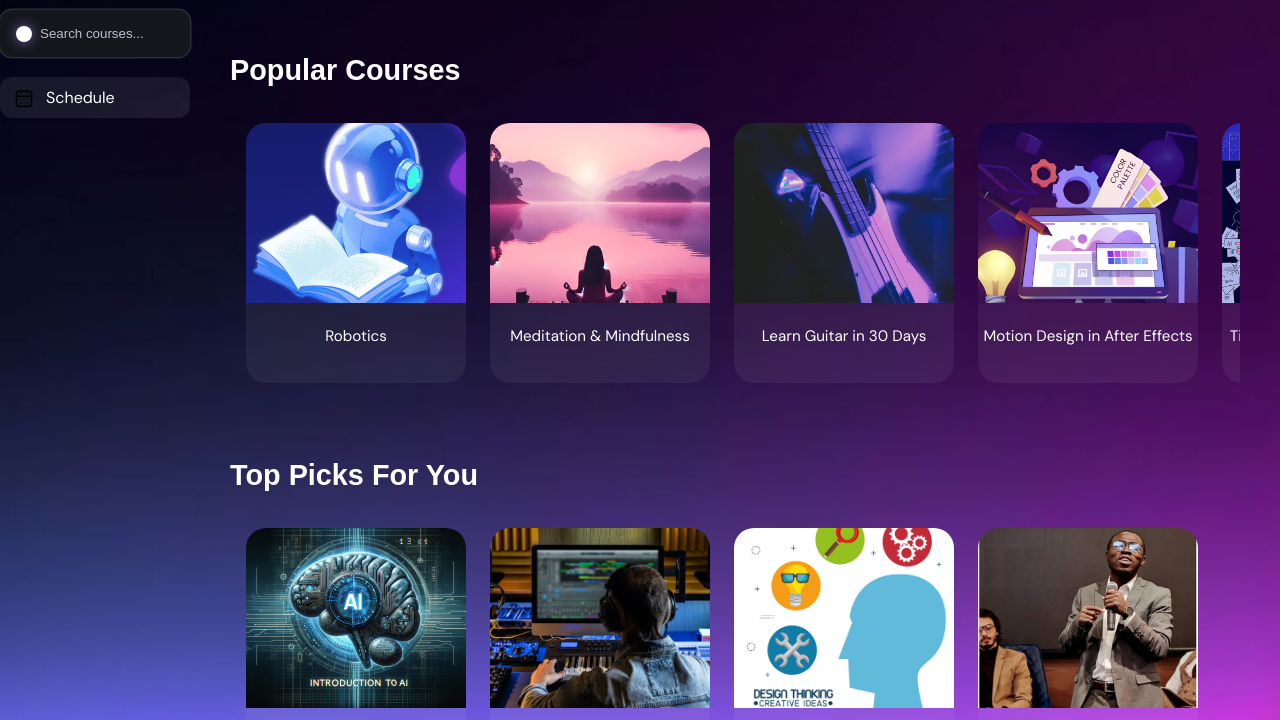
Repository: damndana/UIREN
Page: http://localhost/courses/
An editor plug-in stored every save of this project. The page is shown before and after the next save, followed by the edit.
The browser window is 1280 px wide. The pictures show the whole page.
An inner scrolling area shows only its first screen. The page is served by the project's application, run on Django 5.2 (manage.py). Other server files are loaded and not shown. The page reads the database file committed with the project.

Above is the page before, as saved 2025-04-22 00:46:44.

### main/templates/courses.html
{% load static %}
<!DOCTYPE html>
<html lang="en">
<head>
  <meta charset="UTF-8">
  <title>Courses Page</title>
  <link rel="stylesheet" href="https://fonts.googleapis.com/css2?family=DM+Sans&display=swap">
  <link rel="stylesheet" href="{% static 'css/style.css' %}">
</head>
<body class="courses-body" style="background: url('{% static "animations/background.jpeg" %}') no-repeat center center; background-size: cover;">

  <div class="sidebar">
    <div class="group">
      <svg class="search-icon" viewBox="0 0 24 24"><path fill="currentColor" d="M10 2a8 8 0 0 1 6.32 12.9l4.39 4.4l-1.41 1.4l-4.4-4.39A8 8 0 1 1 10 2m0 2a6 6 0 1 0 0 12a6 6 0 0 0 0-12z"/></svg>
      <input id="course-search" class="input" type="text" placeholder="Search courses...">
    </div>

    <a href="https://calendar.google.com/calendar/u/0/r/eventedit?text=ScheduleACourseWithUiren!&dates=20250430T150000Z/20250430T153000Z&details=ScheduleACourseWithUiren!&location=Almaty&sf=true"
   target="_blank" class="sidebar-icon">
  <img src="{% static 'icons/calendar-days.png' %}" class="icon-img">
  <span>Schedule</span>
</a>
  </div>

  <div class="main-content">
    <h2 class="section-title">Popular Courses</h2>
    <div class="carousel-wrapper" id="carousel-popular">
      <div class="carousel">
        <div class="card"><img src="{% static 'animations/robotics.png' %}" alt="Robotics"><p>Robotics</p></div>
        <div class="card"><img src="{% static 'animations/Dawn Meditation by the Lake_ Serenity in Pink and Purple.jpg' %}" alt="Meditation"><p>Meditation & Mindfulness</p></div>
        <div class="card"><img src="{% static 'animations/guitar30days.jpg' %}" alt="Guitar"><p>Learn Guitar in 30 Days</p></div>
        <div class="card"><img src="{% static 'animations/motiondesign.png' %}" alt="Motion"><p>Motion Design in After Effects</p></div>
        <div class="card"><img src="{% static 'animations/timemanagement.jpg' %}" alt="Time"><p>Time Management like a CEO</p></div>
      </div>
    </div>

    <h2 class="section-title" style="margin-top: 60px;">Top Picks For You</h2>
    <div class="carousel-wrapper" id="carousel-top">
      <div class="carousel">
        <div class="card"><img src="{% static 'animations/introtoai.png' %}"><p>Intro to AI</p></div>
        <div class="card"><img src="{% static 'animations/sounddesign.webp' %}" alt="Music"><p>Sound Design Essentials</p></div>
        <div class="card"><img src="{% static 'animations/design-thinking.jpg' %}" alt="Design"><p>Creative Thinking for Designers</p></div>
        <div class="card"><img src="{% static 'animations/speak.jpg' %}" alt="Public"><p>Speak Like a Pro</p></div>
      </div>
    </div>
  </div>

  <script>
    // SEARCH FUNCTION
    const searchBar = document.getElementById("course-search");
    searchBar.addEventListener("input", () => {
      const query = searchBar.value.toLowerCase();
      document.querySelectorAll(".carousel .card").forEach(card => {
        const title = card.querySelector("p").textContent.toLowerCase();
        card.style.display = title.includes(query) ? "flex" : "none";
      });
    });

    // SCROLL + ZOOM FUNCTION PER CAROUSEL
    document.querySelectorAll(".carousel-wrapper").forEach((wrapper) => {
      const carousel = wrapper.querySelector(".carousel");
      let isDown = false, startX, scrollLeft;
      let scrollPos = 0;

      // Drag scroll (mouse)
      wrapper.addEventListener("mousedown", (e) => {
        isDown = true;
        startX = e.pageX - wrapper.offsetLeft;
        scrollLeft = wrapper.scrollLeft;
      });
      wrapper.addEventListener("mouseup", () => isDown = false);
      wrapper.addEventListener("mouseleave", () => isDown = false);
      wrapper.addEventListener("mousemove", (e) => {
        if (!isDown) return;
        const x = e.pageX - wrapper.offsetLeft;
        const walk = (x - startX) * 2;
        wrapper.scrollLeft = scrollLeft - walk;
      });

      // Touch scroll (mobile)
      wrapper.addEventListener("touchstart", (e) => {
        startX = e.touches[0].pageX;
        scrollLeft = wrapper.scrollLeft;
      });
      wrapper.addEventListener("touchmove", (e) => {
        const x = e.touches[0].pageX;
        const walk = (x - startX) * 2;
        wrapper.scrollLeft = scrollLeft - walk;
      });

      // Auto scroll
      function startAutoScroll() {
        return setInterval(() => {
          scrollPos += 1.5;
          if (scrollPos >= carousel.scrollWidth - carousel.clientWidth) {
            scrollPos = 0;
          }
          carousel.scrollTo({ left: scrollPos, behavior: "smooth" });
        }, 20);
      }

      let autoScrollInterval = startAutoScroll();
      wrapper.addEventListener("mouseenter", () => clearInterval(autoScrollInterval));
      wrapper.addEventListener("mouseleave", () => {
        autoScrollInterval = startAutoScroll();
      });
    });

    // Zoom on hover
    document.querySelectorAll(".card").forEach((card) => {
      card.addEventListener("mouseenter", () => {
        card.style.transform = "scale(1.07)";
      });
      card.addEventListener("mouseleave", () => {
        card.style.transform = "scale(1)";
      });
    });
  </script>
</body>
</html>

### main/views.py
from django.shortcuts import render, redirect
from django.http import HttpResponse
from .forms import TutorRegistrationForm, StudentRegistrationForm
from .models import TutorProfile, StudentProfile
from django.contrib.auth.models import User
from django.contrib.auth import login
from django.contrib.auth.decorators import login_required
from django.shortcuts import render, get_object_or_404, redirect
from .models import Course

# === Home Page ===
def home(request):
    return render(request, 'home.html')

# === Courses Page ===
def courses(request):
    return render(request, 'courses.html')

# === Categories Page ===
def categories(request):
    return render(request, 'categories.html')

# === About Page ===
def about(request):
    return render(request, 'about.html')

# === Sign In ===
def signin(request):
    if request.method == "POST":
        email = request.POST.get("email")
        password = request.POST.get("password")

        if not (email and password):
            return HttpResponse("Missing fields", status=400)

        try:
            user = User.objects.get(email=email)
            if user.check_password(password):
                login(request, user)
                return redirect("profile")
            else:
                return HttpResponse("Incorrect password", status=401)
        except User.DoesNotExist:
            return HttpResponse("User not found", status=404)

    return render(request, "signin.html")

# === Register Tutor ===
def register_tutor(request):
    if request.method == 'POST':
        form = TutorRegistrationForm(request.POST)
        if form.is_valid():
            full_name = form.cleaned_data['full_name']
            email = form.cleaned_data['email']
            password = form.cleaned_data['password']
            experience = form.cleaned_data['experience']
            bio = form.cleaned_data['bio']

            user = User.objects.create_user(
                username=email,
                email=email,
                password=password
            )

            TutorProfile.objects.create(
                user=user,
                full_name=full_name,
                experience=experience,
                bio=bio
            )

            login(request, user)
            return redirect('profile')
    else:
        form = TutorRegistrationForm()
    return render(request, 'register_tutor.html', {'form': form})


# === Register Student ===
def register_student(request):
    if request.method == 'POST':
        form = StudentRegistrationForm(request.POST)
        if form.is_valid():
            email = form.cleaned_data['email']

            if User.objects.filter(username=email).exists():
                return HttpResponse("User already exists", status=400)

            user = User.objects.create_user(
                username=email,
                email=email,
                password=form.cleaned_data['password'],
                first_name=form.cleaned_data['full_name']
            )

            student = form.save(commit=False)
            student.user = user
            student.save()
            login(request, user)
            return redirect('profile')
    else:
        form = StudentRegistrationForm()
    return render(request, 'register_student.html', {'form': form})

# === Profile View ===
@login_required
def profile_view(request):
    return render(request, 'profile.html', {'user': request.user})


def course_list(request):
    courses = Course.objects.all()
    return render(request, 'courses.html', {'courses': courses})

def course_detail(request, slug):
    course = get_object_or_404(Course, slug=slug)
    return render(request, 'course_detail.html', {'course': course})

def register_course(request, course_id):
    course = get_object_or_404(Course, id=course_id)
    if request.method == 'POST':
        print(f"User {request.user} registered for {course.title}")
        return redirect('course_detail', slug=course.slug)

### core/urls.py
from django.contrib import admin
from django.urls import path, include

urlpatterns = [
    path('admin/', admin.site.urls),
    path('', include('main.urls')),  # Connect main app routes
]

### main/urls.py
from django.urls import path
from . import views

urlpatterns = [
    path('', views.home, name='home'),
    path('courses/', views.course_list, name='courses'),  # FIXED
    path('categories/', views.categories, name='categories'),
    path('about/', views.about, name='about'),
    path('signin/', views.signin, name='signin'),
    path('register/tutor/', views.register_tutor, name='register_tutor'),
    path('register/student/', views.register_student, name='register_student'),
    path('profile/', views.profile_view, name='profile'),

    path('course/<slug:slug>/', views.course_detail, name='course_detail'),
    path('course/<int:course_id>/register/', views.register_course, name='register_course'),
]

### main/models.py
from django.db import models
from django.contrib.auth.models import User

class TutorProfile(models.Model):
    user = models.OneToOneField(User, on_delete=models.CASCADE)
    full_name = models.CharField(max_length=100)
    subject = models.CharField(max_length=100)
    experience = models.PositiveIntegerField()
    bio = models.TextField()

class StudentProfile(models.Model):
    user = models.OneToOneField(User, on_delete=models.CASCADE)
    full_name = models.CharField(max_length=100)
    major = models.CharField(max_length=100)
    education_level = models.CharField(max_length=100)

class Course(models.Model):
    title = models.CharField(max_length=255)
    description = models.TextField()
    instructor = models.CharField(max_length=255)
    duration = models.PositiveIntegerField()
    rating = models.DecimalField(max_digits=3, decimal_places=1)
    slug = models.SlugField(unique=True)
    image = models.ImageField(upload_to='course_images/')

### db.sqlite3 (the tables this page reads, as SQL)
CREATE TABLE "main_course" ("id" integer NOT NULL PRIMARY KEY AUTOINCREMENT, "title" varchar(255) NOT NULL, "description" text NOT NULL, "instructor" varchar(255) NOT NULL, "duration" integer unsigned NOT NULL CHECK ("duration" >= 0), "rating" decimal NOT NULL, "slug" varchar(50) NOT NULL UNIQUE, "image" varchar(100) NOT NULL);
INSERT INTO "main_course" VALUES
(1, 'Robotics', 'This is a course about Robotics', 'Team Uiren', 10, 4.8, 'robotics', 'animations/robotics.png'),
(2, 'Meditation & Mindfulness', 'This is a course about Meditation & Mindfulness', 'Team Uiren', 10, 4.8, 'meditation-mindfulness', 'animations/Dawn Meditation by the Lake_ Serenity in Pink and Purple.jpg'),
(3, 'Learn Guitar in 30 Days', 'This is a course about Learn Guitar in 30 Days', 'Team Uiren', 10, 4.8, 'learn-guitar-in-30-days', 'animations/guitar30days.jpg'),
(4, 'Motion Design in After Effects', 'This is a course about Motion Design in After Effects', 'Team Uiren', 10, 4.8, 'motion-design-in-after-effects', 'animations/motiondesign.png'),
(5, 'Time Management like a CEO', 'This is a course about Time Management like a CEO', 'Team Uiren', 10, 4.8, 'time-management-like-a-ceo', 'animations/timemanagement.jpg'),
(6, 'Intro to AI', 'This is a course about Intro to AI', 'Team Uiren', 10, 4.8, 'intro-to-ai', 'animations/introtoai.png'),
(7, 'Sound Design Essentials', 'This is a course about Sound Design Essentials', 'Team Uiren', 10, 4.8, 'sound-design-essentials', 'animations/sounddesign.webp'),
(8, 'Creative Thinking for Designers', 'This is a course about Creative Thinking for Designers', 'Team Uiren', 10, 4.8, 'creative-thinking-for-designers', 'animations/design-thinking.jpg'),
(9, 'Speak Like a Pro', 'This is a course about Speak Like a Pro', 'Team Uiren', 10, 4.8, 'speak-like-a-pro', 'animations/speak.jpg');

Loaded but not shown: main/static/css/style.css (541 lines, source omitted)

After the next save:
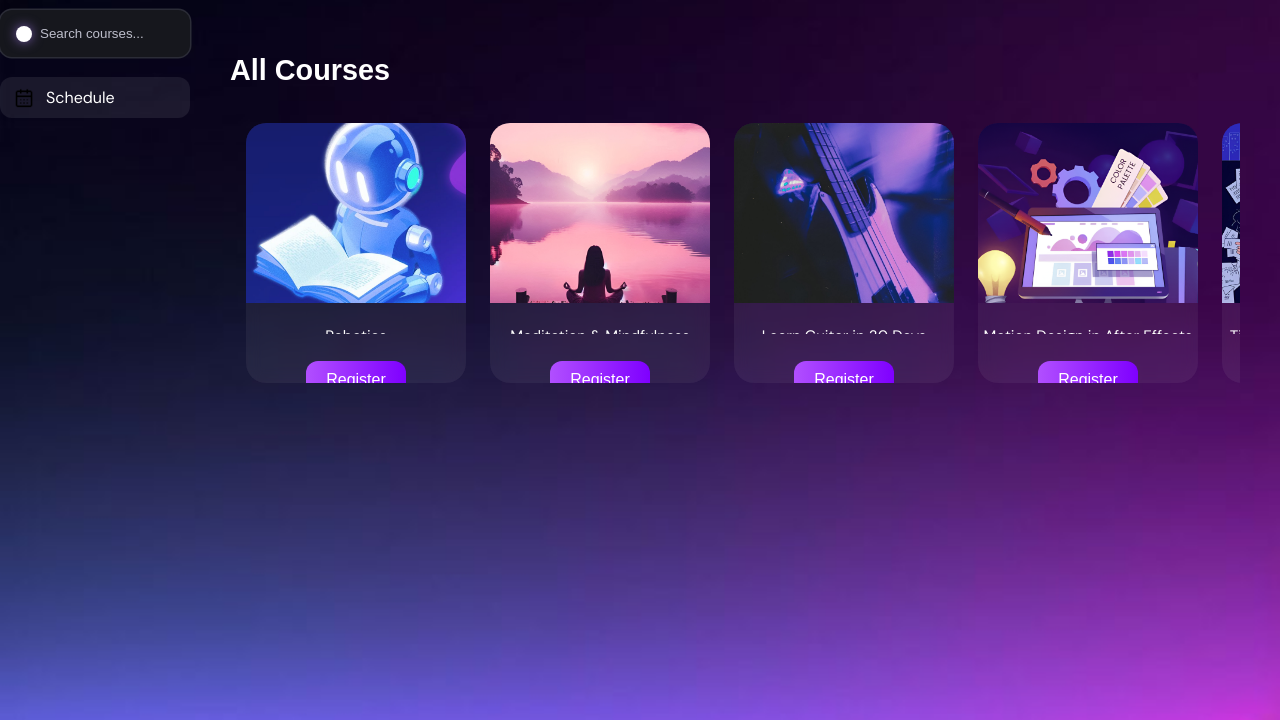
Saved 2 min 44 s later.
--- a/main/templates/courses.html
+++ b/main/templates/courses.html
@@ -6,6 +6,24 @@
   <title>Courses Page</title>
   <link rel="stylesheet" href="https://fonts.googleapis.com/css2?family=DM+Sans&display=swap">
   <link rel="stylesheet" href="{% static 'css/style.css' %}">
+  <style>
+    .register-btn {
+      margin-top: 12px;
+      padding: 10px 20px;
+      font-size: 1rem;
+      background: linear-gradient(to right, #b14fff, #7f00ff);
+      color: white;
+      border: none;
+      border-radius: 12px;
+      cursor: pointer;
+      transition: 0.3s ease;
+    }
+
+    .register-btn:hover {
+      transform: scale(1.05);
+      box-shadow: 0 0 12px #9333ea;
+    }
+  </style>
 </head>
 <body class="courses-body" style="background: url('{% static "animations/background.jpeg" %}') no-repeat center center; background-size: cover;">
 
@@ -16,31 +34,26 @@
     </div>
 
     <a href="https://calendar.google.com/calendar/u/0/r/eventedit?text=ScheduleACourseWithUiren!&dates=20250430T150000Z/20250430T153000Z&details=ScheduleACourseWithUiren!&location=Almaty&sf=true"
-   target="_blank" class="sidebar-icon">
-  <img src="{% static 'icons/calendar-days.png' %}" class="icon-img">
-  <span>Schedule</span>
-</a>
+       target="_blank" class="sidebar-icon">
+      <img src="{% static 'icons/calendar-days.png' %}" class="icon-img">
+      <span>Schedule</span>
+    </a>
   </div>
 
   <div class="main-content">
-    <h2 class="section-title">Popular Courses</h2>
-    <div class="carousel-wrapper" id="carousel-popular">
+    <h2 class="section-title">All Courses</h2>
+    <div class="carousel-wrapper">
       <div class="carousel">
-        <div class="card"><img src="{% static 'animations/robotics.png' %}" alt="Robotics"><p>Robotics</p></div>
-        <div class="card"><img src="{% static 'animations/Dawn Meditation by the Lake_ Serenity in Pink and Purple.jpg' %}" alt="Meditation"><p>Meditation & Mindfulness</p></div>
-        <div class="card"><img src="{% static 'animations/guitar30days.jpg' %}" alt="Guitar"><p>Learn Guitar in 30 Days</p></div>
-        <div class="card"><img src="{% static 'animations/motiondesign.png' %}" alt="Motion"><p>Motion Design in After Effects</p></div>
-        <div class="card"><img src="{% static 'animations/timemanagement.jpg' %}" alt="Time"><p>Time Management like a CEO</p></div>
-      </div>
-    </div>
-
-    <h2 class="section-title" style="margin-top: 60px;">Top Picks For You</h2>
-    <div class="carousel-wrapper" id="carousel-top">
-      <div class="carousel">
-        <div class="card"><img src="{% static 'animations/introtoai.png' %}"><p>Intro to AI</p></div>
-        <div class="card"><img src="{% static 'animations/sounddesign.webp' %}" alt="Music"><p>Sound Design Essentials</p></div>
-        <div class="card"><img src="{% static 'animations/design-thinking.jpg' %}" alt="Design"><p>Creative Thinking for Designers</p></div>
-        <div class="card"><img src="{% static 'animations/speak.jpg' %}" alt="Public"><p>Speak Like a Pro</p></div>
+        {% for course in courses %}
+        <div class="card">
+          <img src="{% static course.image %}" alt="{{ course.title }}">
+          <p>{{ course.title }}</p>
+          <form method="post" action="{% url 'register_course' course.id %}">
+            {% csrf_token %}
+            <button type="submit" class="register-btn">Register</button>
+          </form>
+        </div>
+        {% endfor %}
       </div>
     </div>
   </div>
@@ -55,66 +68,6 @@
         card.style.display = title.includes(query) ? "flex" : "none";
       });
     });
-
-    // SCROLL + ZOOM FUNCTION PER CAROUSEL
-    document.querySelectorAll(".carousel-wrapper").forEach((wrapper) => {
-      const carousel = wrapper.querySelector(".carousel");
-      let isDown = false, startX, scrollLeft;
-      let scrollPos = 0;
-
-      // Drag scroll (mouse)
-      wrapper.addEventListener("mousedown", (e) => {
-        isDown = true;
-        startX = e.pageX - wrapper.offsetLeft;
-        scrollLeft = wrapper.scrollLeft;
-      });
-      wrapper.addEventListener("mouseup", () => isDown = false);
-      wrapper.addEventListener("mouseleave", () => isDown = false);
-      wrapper.addEventListener("mousemove", (e) => {
-        if (!isDown) return;
-        const x = e.pageX - wrapper.offsetLeft;
-        const walk = (x - startX) * 2;
-        wrapper.scrollLeft = scrollLeft - walk;
-      });
-
-      // Touch scroll (mobile)
-      wrapper.addEventListener("touchstart", (e) => {
-        startX = e.touches[0].pageX;
-        scrollLeft = wrapper.scrollLeft;
-      });
-      wrapper.addEventListener("touchmove", (e) => {
-        const x = e.touches[0].pageX;
-        const walk = (x - startX) * 2;
-        wrapper.scrollLeft = scrollLeft - walk;
-      });
-
-      // Auto scroll
-      function startAutoScroll() {
-        return setInterval(() => {
-          scrollPos += 1.5;
-          if (scrollPos >= carousel.scrollWidth - carousel.clientWidth) {
-            scrollPos = 0;
-          }
-          carousel.scrollTo({ left: scrollPos, behavior: "smooth" });
-        }, 20);
-      }
-
-      let autoScrollInterval = startAutoScroll();
-      wrapper.addEventListener("mouseenter", () => clearInterval(autoScrollInterval));
-      wrapper.addEventListener("mouseleave", () => {
-        autoScrollInterval = startAutoScroll();
-      });
-    });
-
-    // Zoom on hover
-    document.querySelectorAll(".card").forEach((card) => {
-      card.addEventListener("mouseenter", () => {
-        card.style.transform = "scale(1.07)";
-      });
-      card.addEventListener("mouseleave", () => {
-        card.style.transform = "scale(1)";
-      });
-    });
   </script>
 </body>
 </html>
